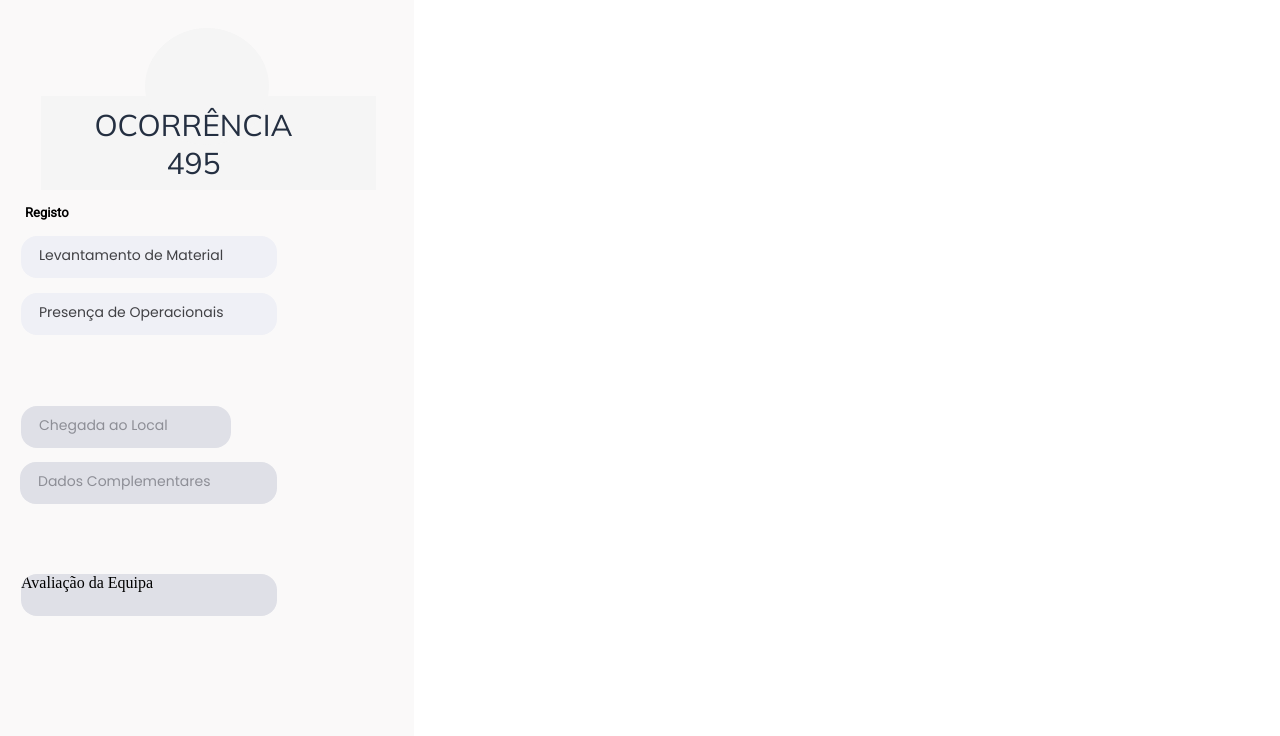
Repository: UnivMinho/D12_frontend
Page: Responsável no Terreno/Front-Office/RegistoDadosOcorrencia.html
The author's editor kept a record of every edit. The page is drawn from the files as they stood at one moment, then again after the next edit.
The browser window is 1280 px wide. The pictures show the whole page.
Some web libraries are served in a nearby version.

Above is the page before.

After the next edit:
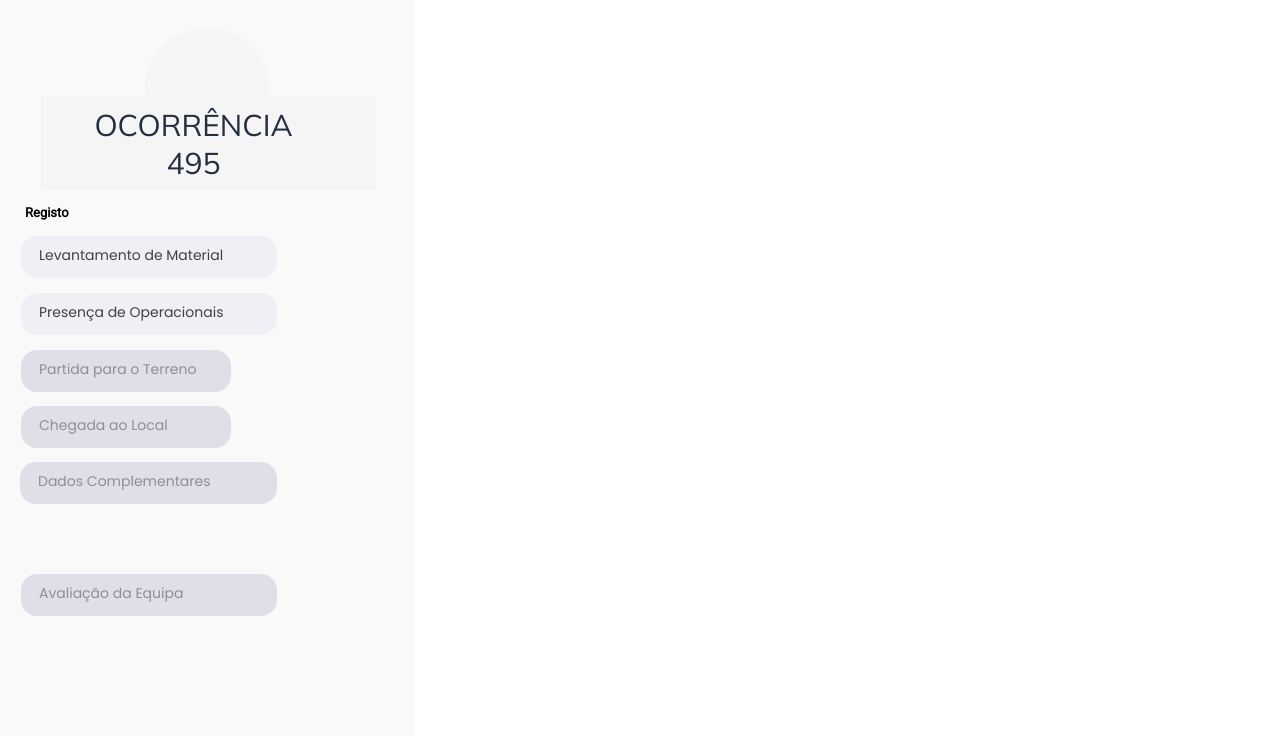
The edit:
--- a/Responsável no Terreno/Front-Office/RegistoDadosOcorrencia.html
+++ b/Responsável no Terreno/Front-Office/RegistoDadosOcorrencia.html
@@ -36,20 +36,11 @@
            <span class="textoDadosComplementares">Dados Complementares</span></div>
 
         <div class="boxAvaliacao">
-            <div class="v165_3007">
-                <div class="v165_3008">
-                    <div class="v165_3009"></div>
-                    <div class="v165_3010"></div>
-                </div>
-            </div>
-            <div class="v165_3011"></div><span class="v165_3012">Avaliação da Equipa</span></div>
-        <div class="v67_9">
-            <div class="v67_10">
-                <div class="v67_11">
-                    <div class="v67_12"></div>
-                    <div class="v67_13"></div>
-                </div>
-            </div><span class="v67_15">Partida para o Terreno</span></div>
+          <span class="textoAvaliacao">Avaliação da Equipa</span></div>
+
+        <div class="boxPartida">
+            <span class="textoPartida">Partida para o Terreno</span></div>
+
         <div class="v62_41"></div>
         <div class="name"></div>
         <div class="name"></div>
